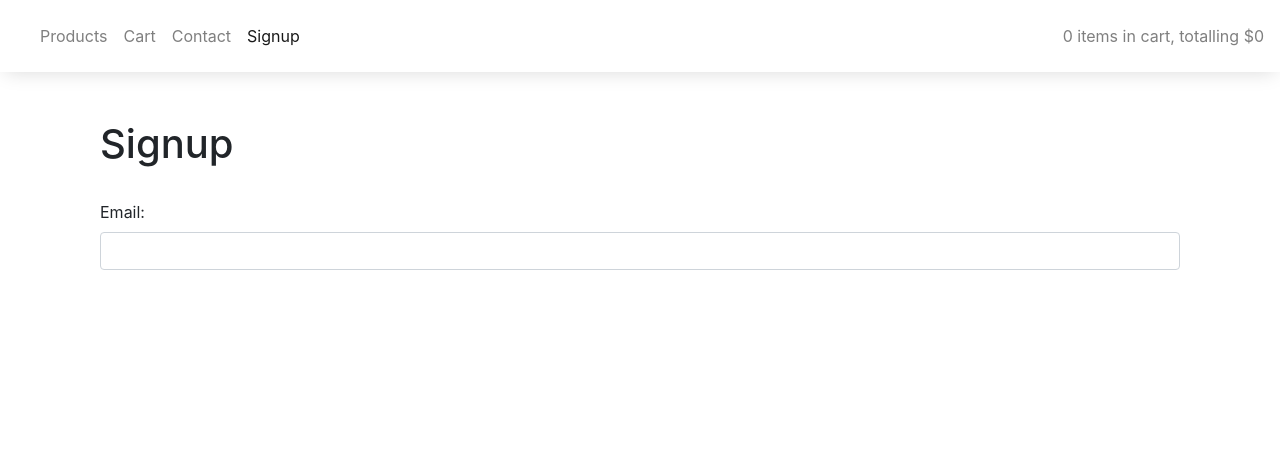
Repository: dayrim/wavecraft
Page: /signup
These files come from the project's save history. The page is drawn as it stood at one moment and after the next save; the edit follows.
The browser window is 1280 px wide. The pictures show the whole page.
The project was rebuilt for these pictures with package versions that can differ from the ones it lists, and the page was loaded fresh each time. Also part of the build but not shown: vue.config.js.

Above is the page before, as saved 2019-04-22 16:00:23.

After the next save:
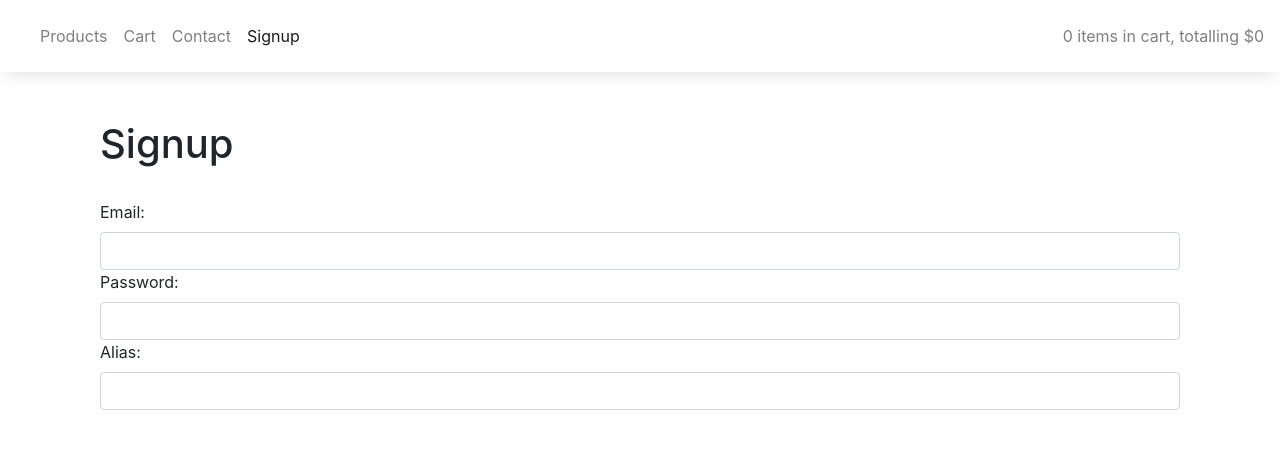
Saved 31 s later.
--- a/src/components/Signup.vue
+++ b/src/components/Signup.vue
@@ -4,6 +4,10 @@
     <br />
     <label for="email">Email:</label>
     <b-form-input id="email" type="text"></b-form-input>
+    <label for="password">Password:</label>
+    <b-form-input id="password" type="text"></b-form-input>
+    <label for="alias">Alias:</label>
+    <b-form-input id="alias" type="text"></b-form-input>
   </b-container>
 </template>
 
